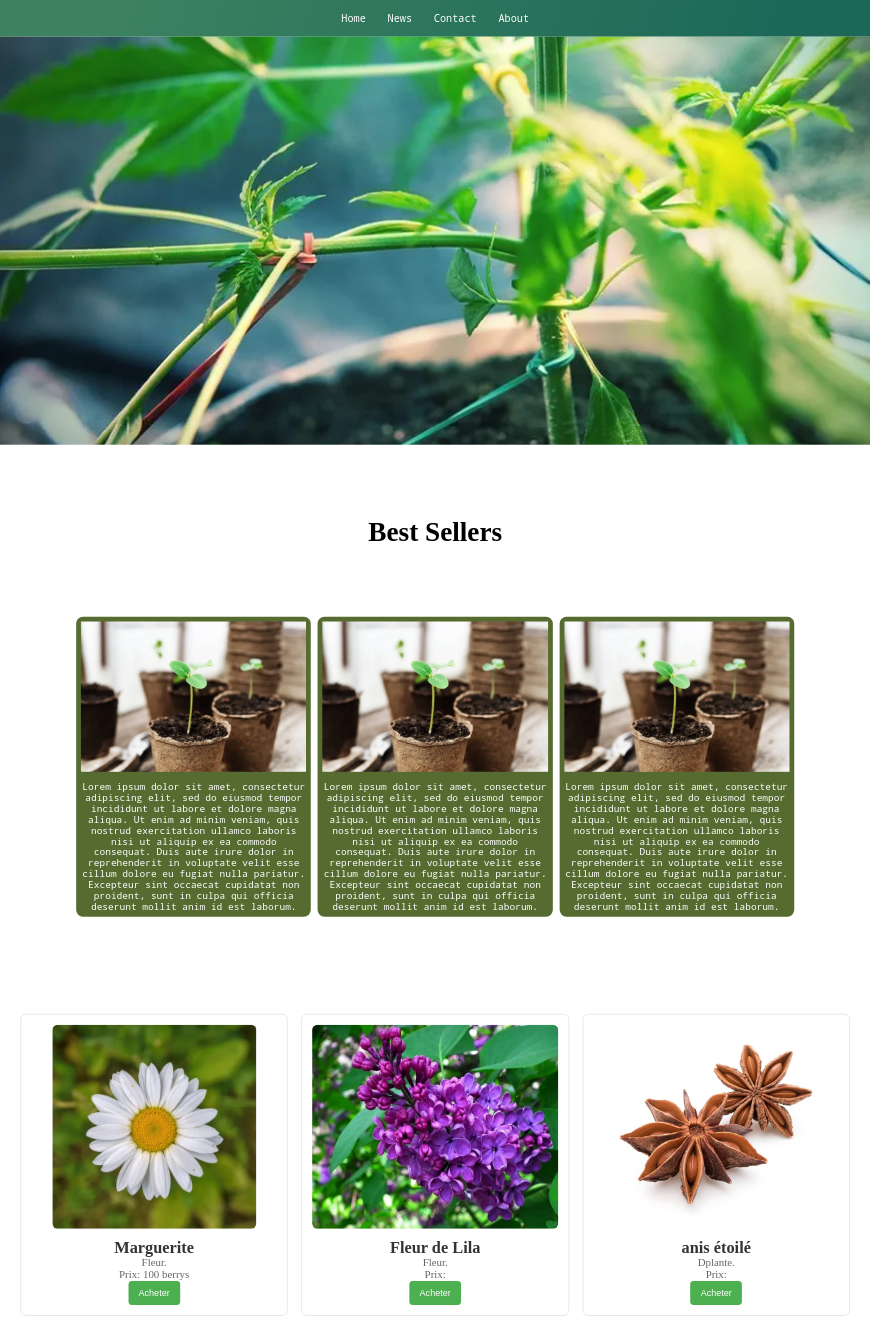
Repository: Flexo874/ISITECH-HTML-CSS
Page: index.html
The author's editor kept a copy of each file at every save. The page is drawn from the files as they stood at one save, then again after the next save.
The browser window is 1280 px wide. The pictures show the whole page, at 68% of full size.

Above is the page before, as saved 2024-01-02 18:55:30.

After the next save:
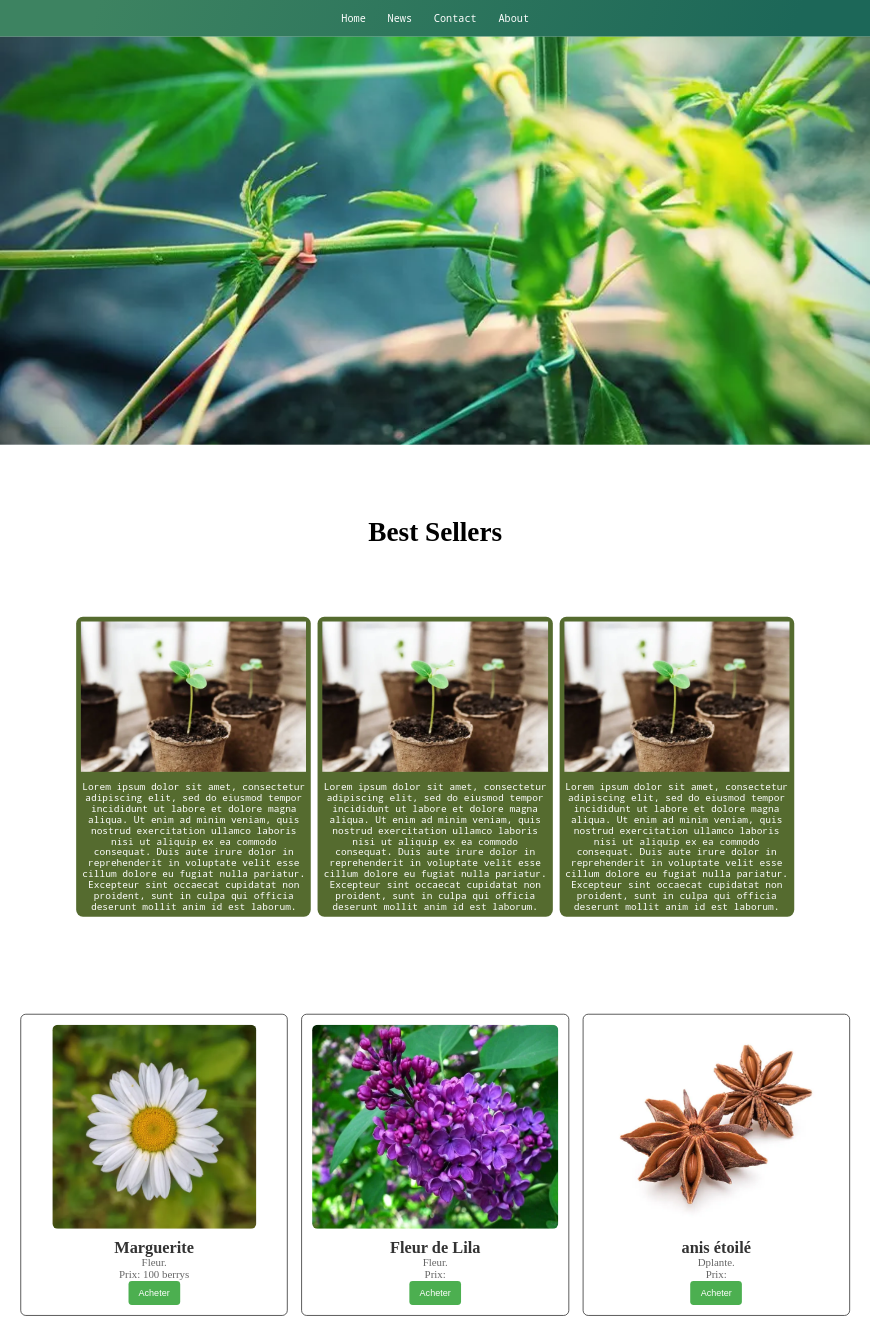
Saved 5 s later.
--- a/style.css
+++ b/style.css
@@ -116,11 +116,6 @@ h1 {
   transition: transform 0.3s ease-in-out;
   width: calc(33.33% - 20px);
   box-sizing: border-box;
-
-  border: 1px solid #ddd;
-  border-radius: 8px;
-  margin: 10px;
-  padding: 15px;
   text-align: center;
   transition: transform 0.3s ease-in-out;
 }
